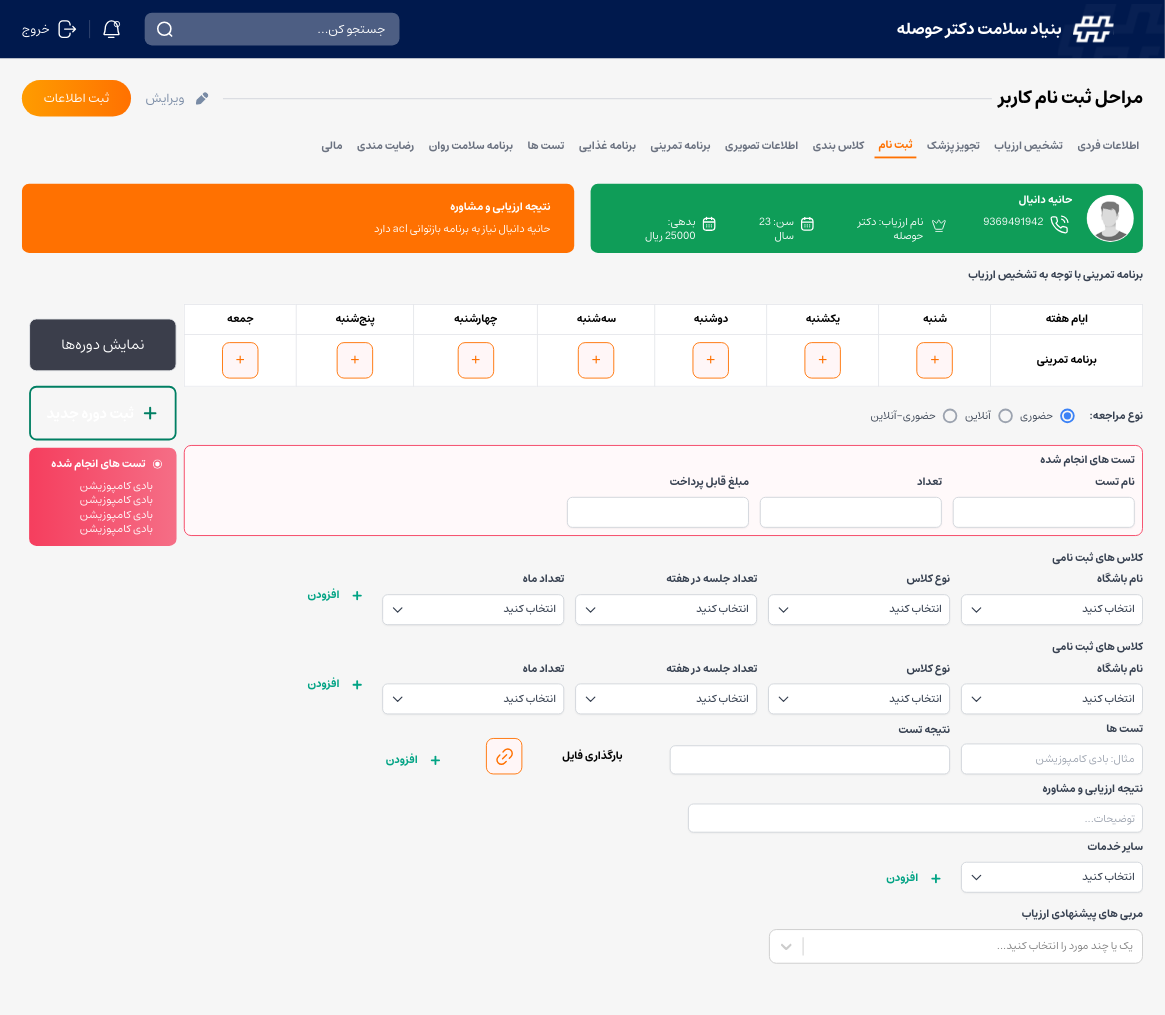
Repository: mirnajafi/ERP_hoseleh_V1.0
Page: /register, after clicking the first element matching `div.flex > :nth-child(4)`
An editor plug-in stored every save of this project. The page is shown before and after the next save, followed by the edit.
The browser window is 1280 px wide. The pictures show the whole page, at 91% of full size.
Some web fonts or font styles are not loaded; a fallback is used. The project was rebuilt for these pictures with package versions that can differ from the ones it lists, and the page was loaded fresh each time. The framework's server and built-in components were replaced by stand-ins that run in the browser. Also part of the build but not shown: next.config.mjs, src/components/icons/trash.tsx, src/components/weekTable/weekTable.css, src/components/icons/copy.tsx, src/components/recognitionEvaluator/recognitionEvaluator.tsx.

Above is the page before, as saved 2025-02-28 23:57:56.

After the next save:
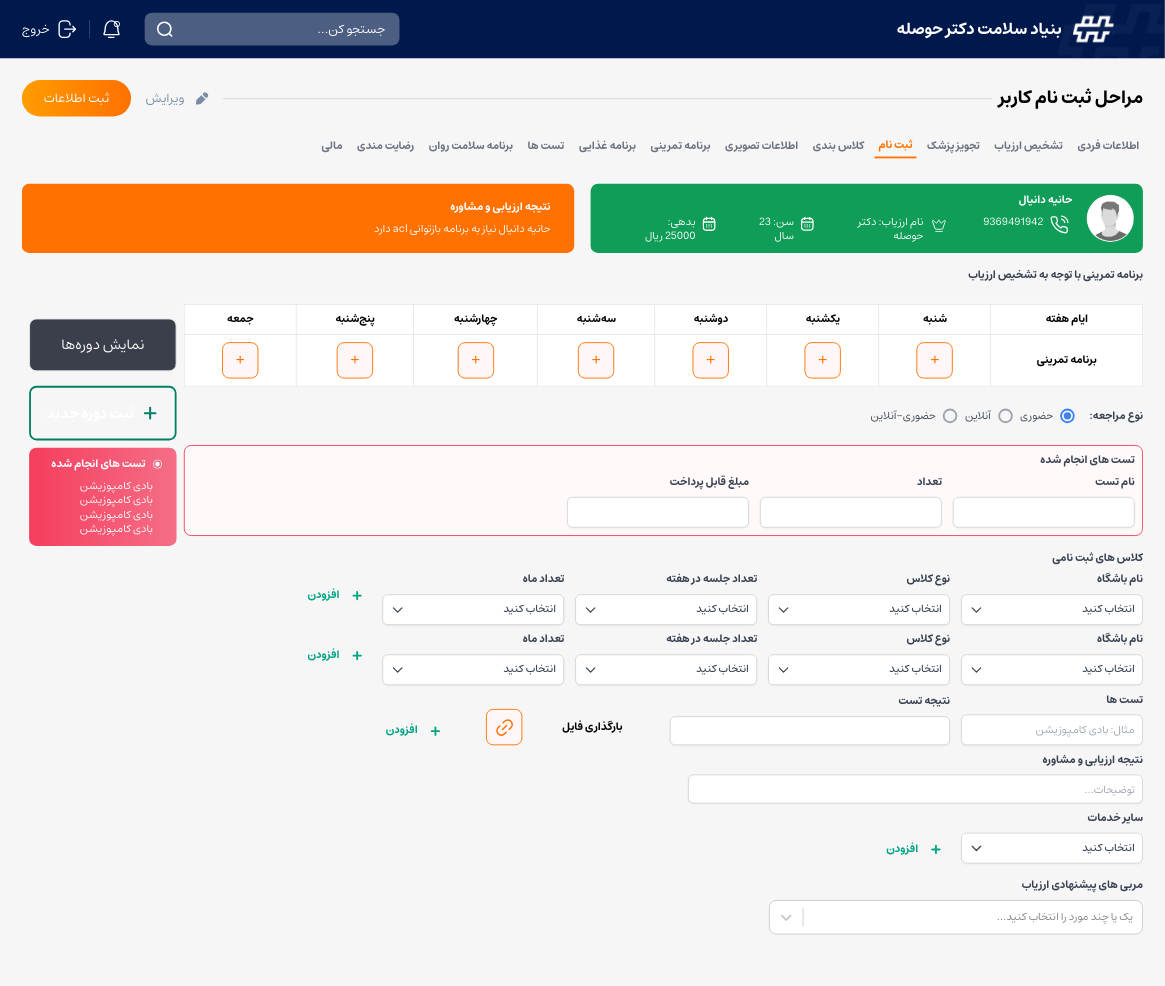
Saved 8 s later.
--- a/src/components/registration/registration.tsx
+++ b/src/components/registration/registration.tsx
@@ -138,7 +138,6 @@ const Registration = () => {
                     </div>
 
                     <div className="flex flex-col  w-full xl:items-start xl:justify-right ">
-                        <label className="text-xs font-bold text-gray-700 ml-4 mt-4">کلاس های ثبت نامی</label>
                         <div className="w-full flex flex-row items-start">
                             <Dropdown
                                 label=" نام باشگاه"
